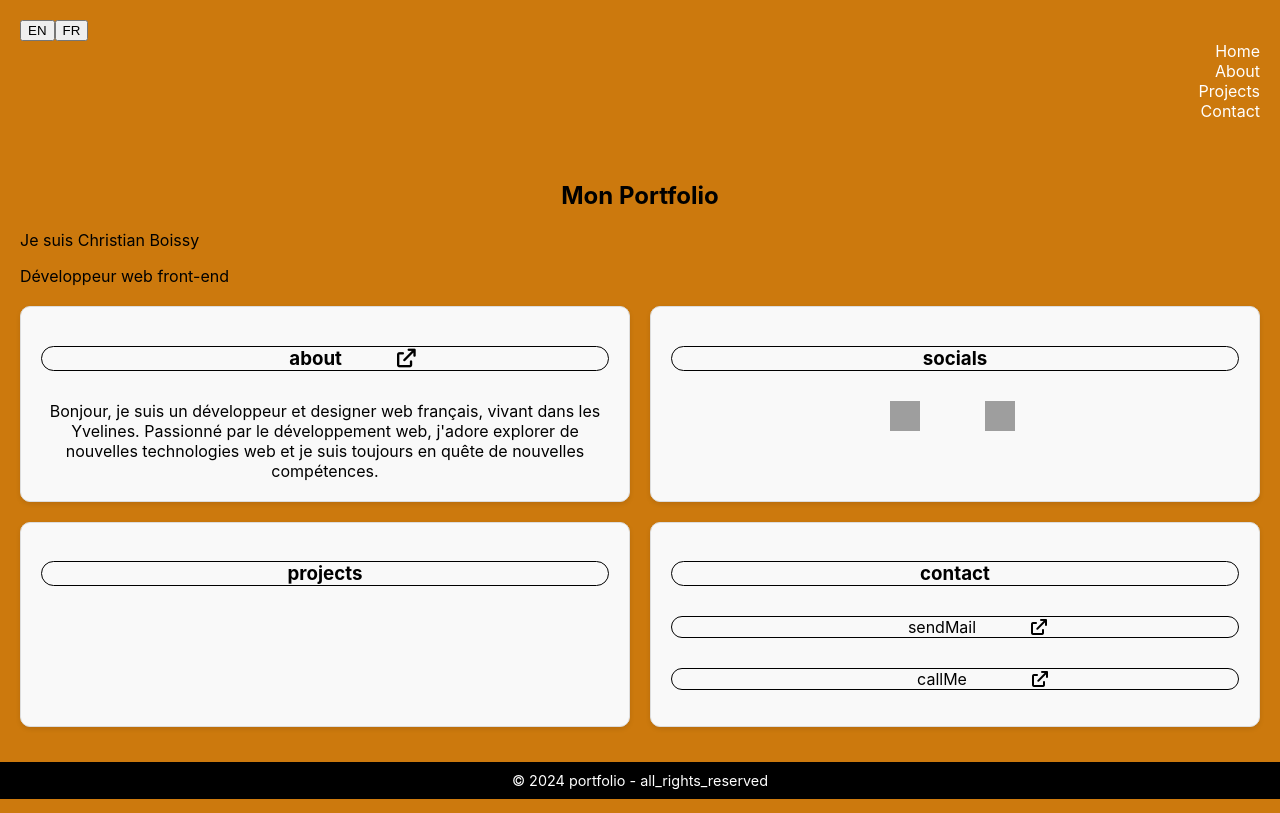
Repository: Christian121966/mon-portfolio
Page: /
The author's editor kept a copy of each file at every save. The page is drawn from the files as they stood at one save, then again after a run of saves.
The browser window is 1280 px wide. The pictures show the whole page.
Pictures or frames that could not be fetched are drawn as grey boxes. The project was rebuilt for these pictures with package versions that can differ from the ones it lists, and the page was loaded fresh each time. Also part of the build but not shown: src/pages/AboutPage/AboutPage.scss, src/pages/AboutPage/AboutPage.js, src/pages/ProjectsPage/ProjectsPage.js, src/pages/ContactPage/ContactPage.js. Imported but missing from the stored project, and not drawn on this page: src/i18next.

Above is the page before, as saved 2024-07-24 14:39:58.

After the next 3 saves:
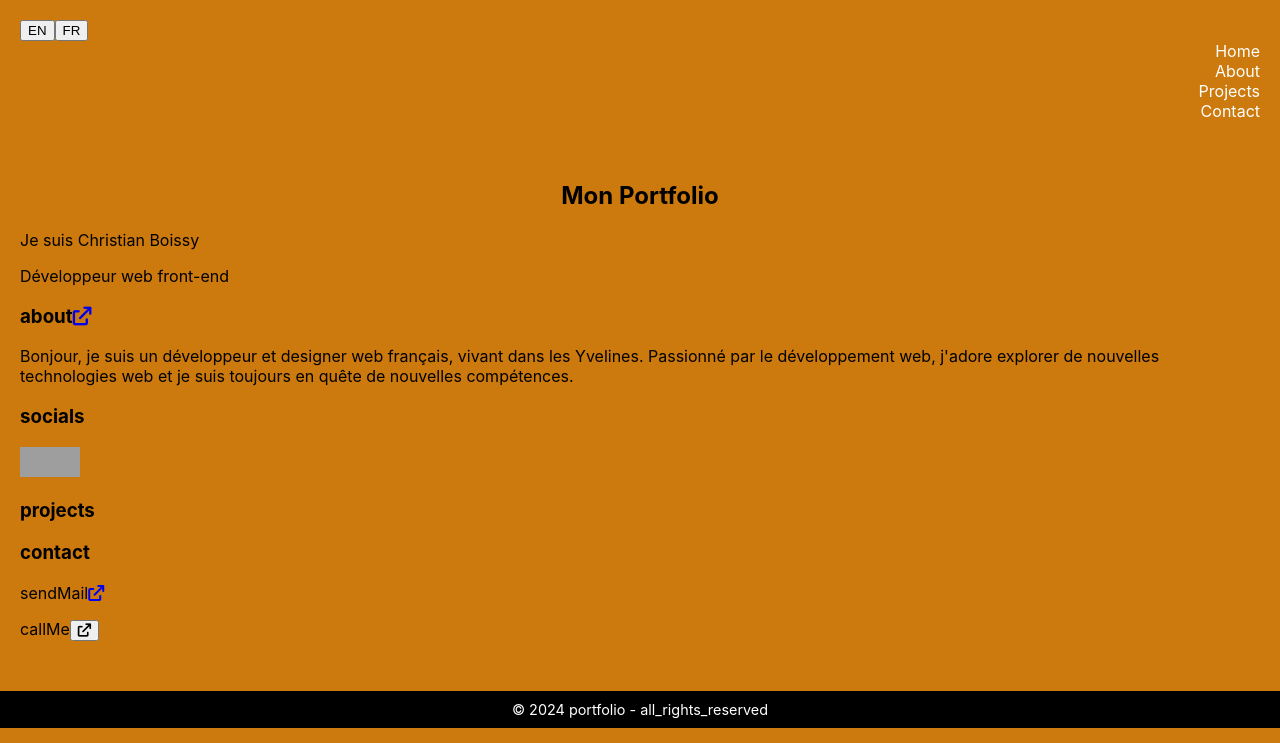
The 3 saves are shown as one change because they came seconds apart.
The last was saved 9 s later.
--- a/src/pages/HomePage/HomePage.scss
+++ b/src/pages/HomePage/HomePage.scss
@@ -10,7 +10,7 @@
       text-align: center;
     }
 
-
+    .homepage
 
     .homepage__cards {
       display: grid;
